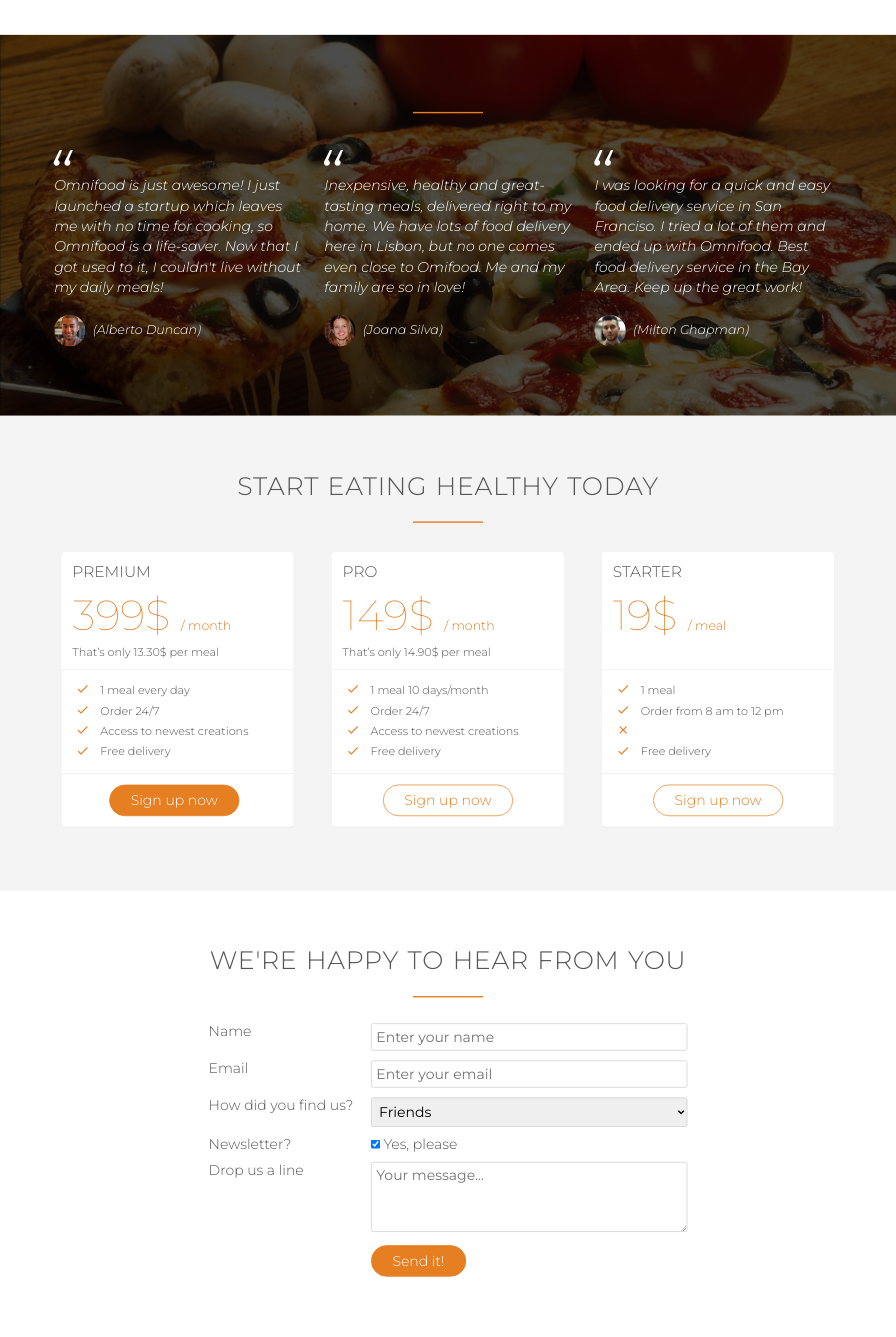
Repository: bbaryn/tasty-food-page
Page: index.html
The author's editor kept a copy of each file at every save. The page is drawn from the files as they stood at one save, then again after the next save.
The browser window is 1280 px wide. The pictures show the part of the page from y = 3317 to 5237 px (the page is 5227 px tall before and 5237 px after), at 70% of full size.
Backgrounds fixed to the window are drawn as part of the page.

Above is the page before, as saved 2019-03-28 11:05:05.

After the next save:
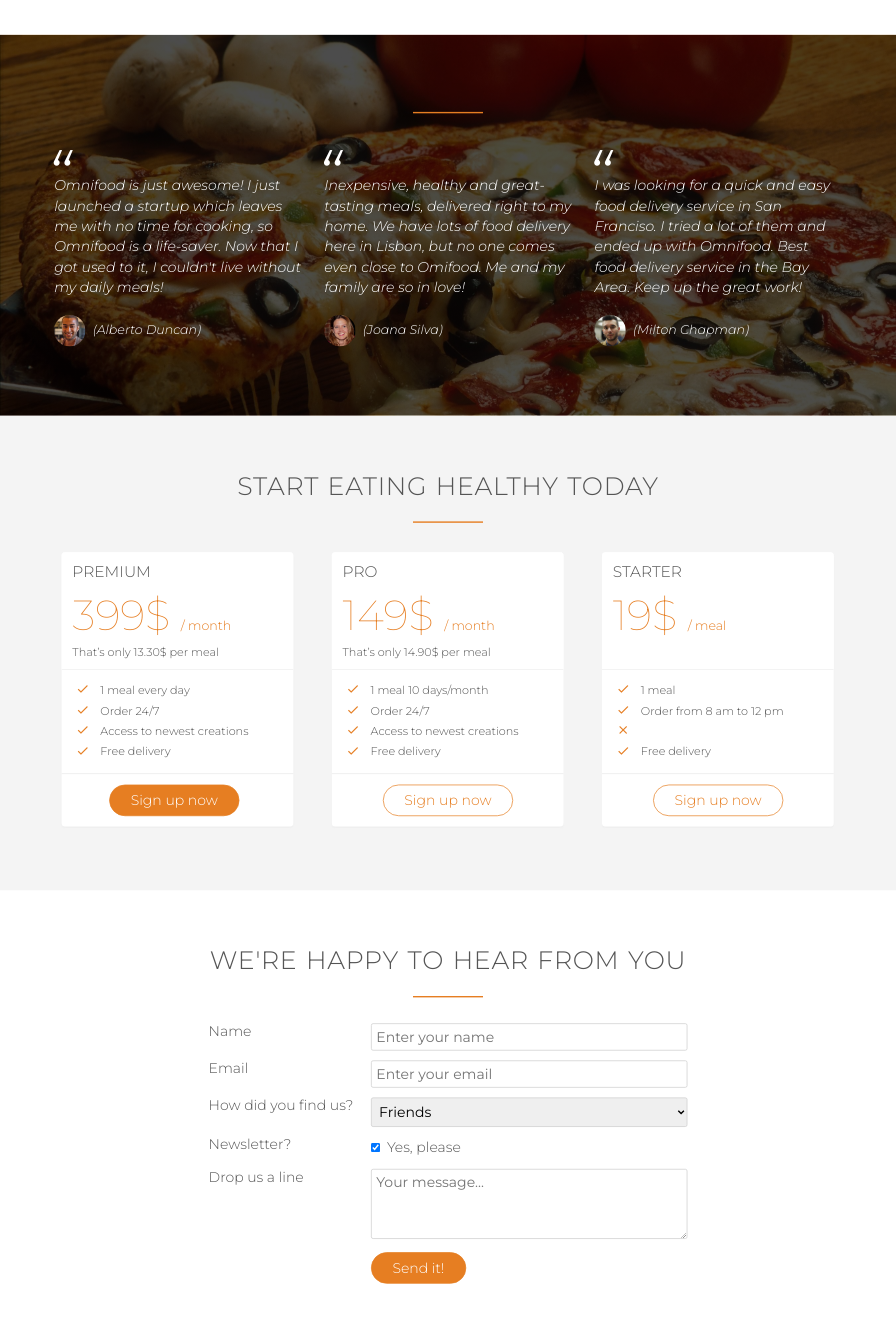
Saved 38 s later.
--- a/resources/css/style.css
+++ b/resources/css/style.css
@@ -476,3 +476,7 @@
 textarea {
     height: 100px;
 }
+
+input[type=checkbox] {
+    margin: 10px 5px 10px 0;
+}
